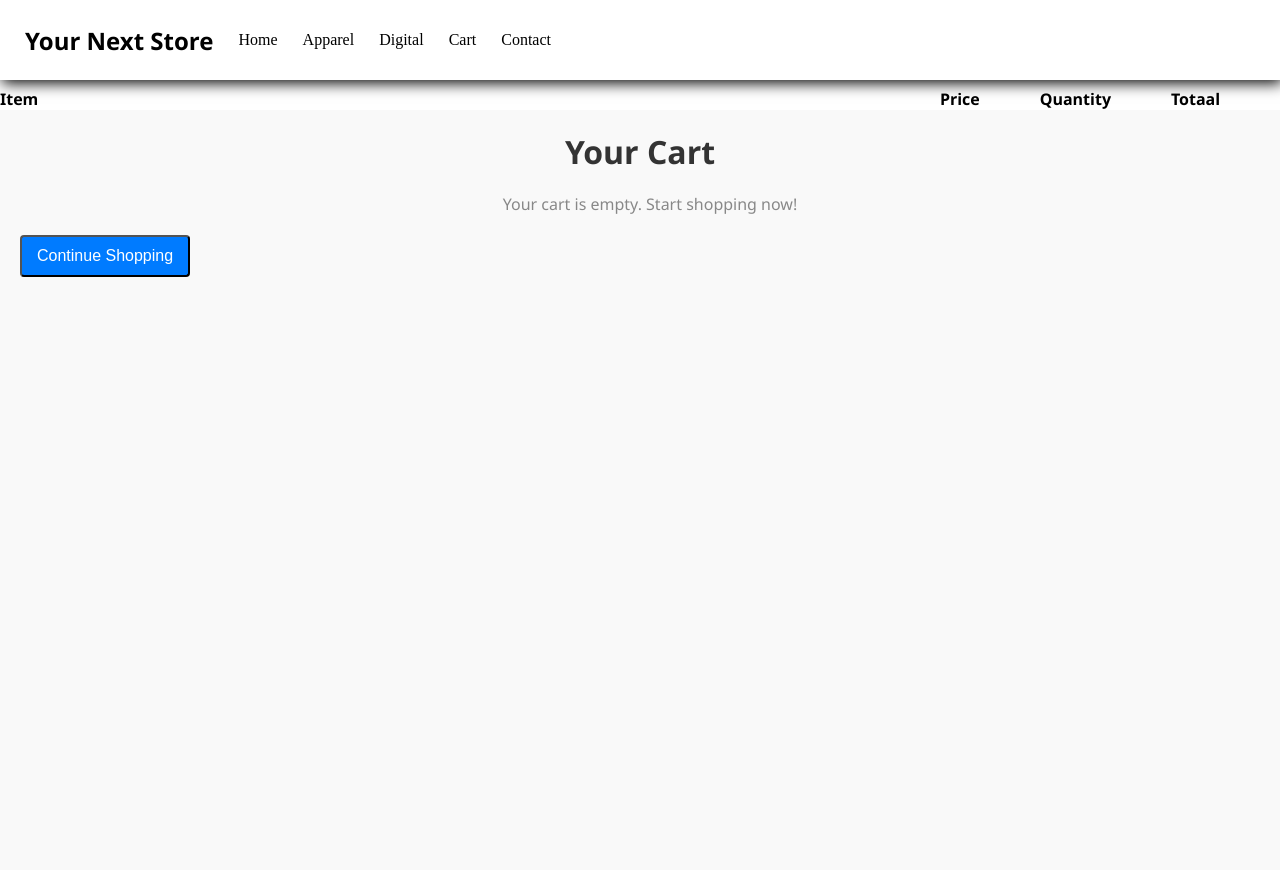
Repository: Sharathguru/React_Project1
Page: /cart
The author's editor kept a copy of each file at every save. The page is drawn from the files as they stood at one save, then again after a run of saves.
The browser window is 1280 px wide. The pictures show the whole page.
The project was rebuilt for these pictures with package versions that can differ from the ones it lists, and the page was loaded fresh each time. Also part of the build but not shown: vite.config.js, src/Component/Main/Main1.jsx, src/Component/Main/Cloud.jsx, src/Component/Home.jsx, src/Component/NavbarComponent/Apparel.jsx, src/Component/NavbarComponent/Digital.jsx, src/Component/Contact.jsx, src/Component/Main/Signup.jsx and 3 more.

Above is the page before, as saved 2025-01-17 10:50:08.

After the next 2 saves:
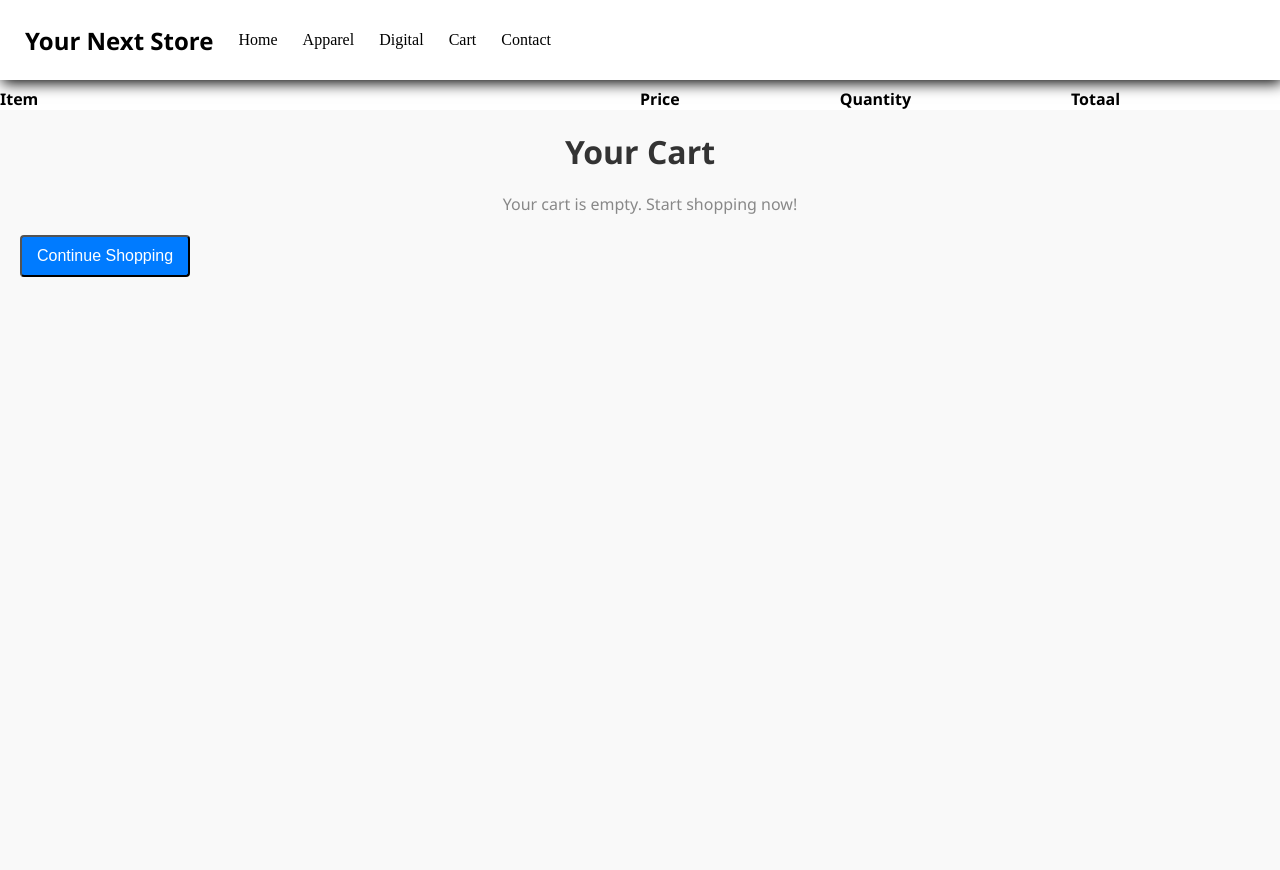
The 2 saves are shown as one change because they came seconds apart.
The last was saved 8 s later.
--- a/src/App.css
+++ b/src/App.css
@@ -658,7 +658,7 @@ button[type="submit"]:hover {
 }
 #cart-tem-all
 {
-  width: 400px;
+  width: 800px;
   display: flex;
   justify-content: space-evenly;
 }
